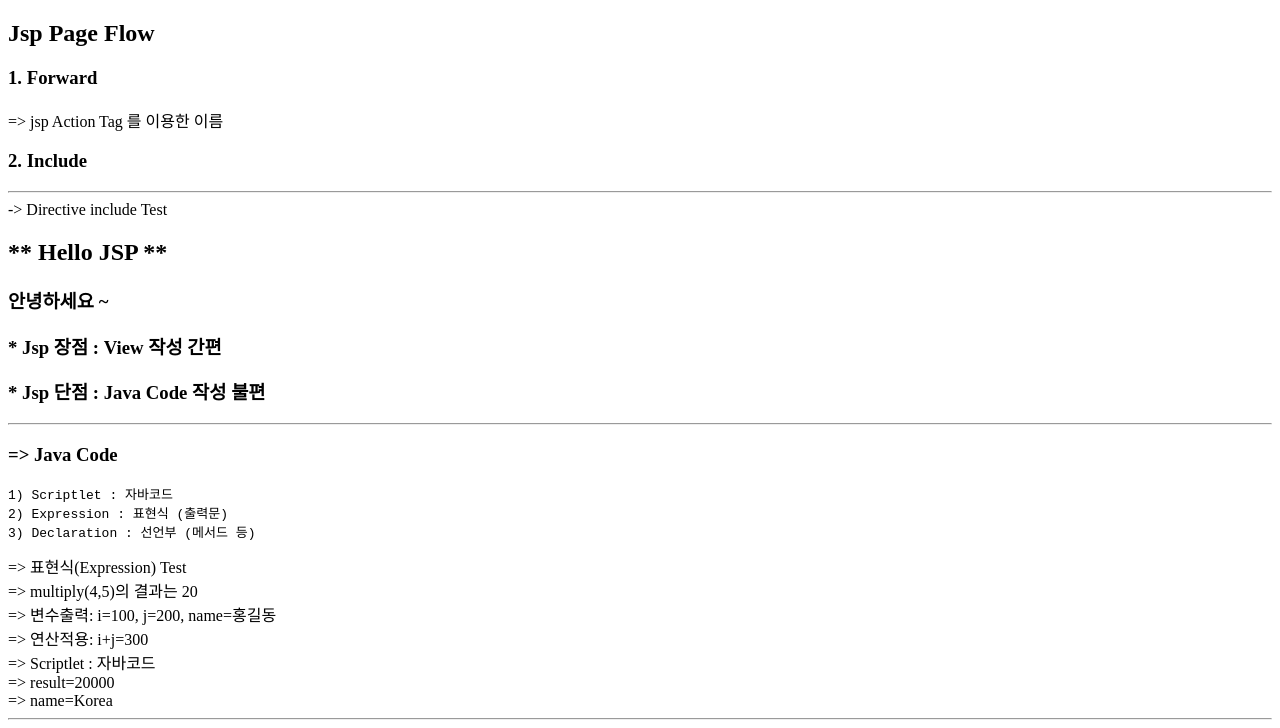
Repository: nameground/Java
Page: http://localhost/Web01/jsp01/ex04_PageFlow.jsp
The author's editor kept a copy of each file at every save. The page is drawn from the files as they stood at one save, then again after the next save.
The browser window is 1280 px wide. The pictures show the whole page.
The page is served by Tomcat 9. Nobody is signed in. The application's start-up code is not run. Other server files are loaded and not shown.

Above is the page before, as saved 2023-10-12 07:14:09.

### mTest/Mywork/Web01/src/main/webapp/jsp01/ex04_PageFlow.jsp
<%@ page language="java" contentType="text/html; charset=UTF-8"
    pageEncoding="UTF-8"%>
<!DOCTYPE html>
<html>
<head>
<meta charset="UTF-8">
<title>Jsp Page Flow</title>
</head>
<body>
<h2> Jsp Page Flow</h2>
<h3>1. Forward</h3>
=> jsp Action Tag 를 이용한 이름
<script type="text/javascript">
	alert("Hello 로 이동합니다.");
	// => Forward Test 시에는
	// => 스크립트는 브라우져에서 실행되기 때문에 실행 되지않음.
	// => 서버에서 forward 된 화면이 response 로 출력 되기 때문
</script>
<%-- <jsp:forward page="ex01_HelloJsp.jsp"/> --%>

<h3>2. Include</h3>
<hr>
<%-- <jsp:include page = "ex01_HelloJsp.jsp" /> --%>
-> Directive include Test <br>
<%@ include file = "ex01_HelloJsp.jsp" %>
<hr>

</body>
</html>

### mTest/Mywork/Web01/src/main/webapp/jsp01/ex01_HelloJsp.jsp
<%@ page language="java" contentType="text/html; charset=UTF-8"
    pageEncoding="UTF-8"%>
<!DOCTYPE html>
<html>
<head>
<meta charset="UTF-8">
<title>** Hello JSP **</title>
</head>
<body>
<h2>** Hello JSP **</h2>
<h3>안녕하세요 ~</h3>
<h3>* Jsp 장점 : View 작성 간편</h3>
<h3>* Jsp 단점 : Java Code 작성 불편</h3>
<hr>
<h3>=> Java Code</h3>
<pre>
1) Scriptlet : 자바코드
2) Expression : 표현식 (출력문)
3) Declaration : 선언부 (메서드 등)
</pre>
<%! //Declaration : 선언부
	public int multiply(int a, int b) {
		return a*b;
	}
	String name="홍길동";
	int i=100;
	int j=200;
%>
=> 표현식(Expression) Test<br>
=> multiply(4,5)의 결과는 <%=multiply(4,5)%><br>
=> 변수출력: i=<%=i%>, j=<%=j%>, name=<%=name%><br>
=> 연산적용: i+j=<%=i+j%><br>

=> Scriptlet : 자바코드<br>
<% 	int result=multiply(i,j);
	name="Korea";
%>
=> result=<%=result%><br>
=> name=<%=name%><br>

</body>
</html>

After the next save:
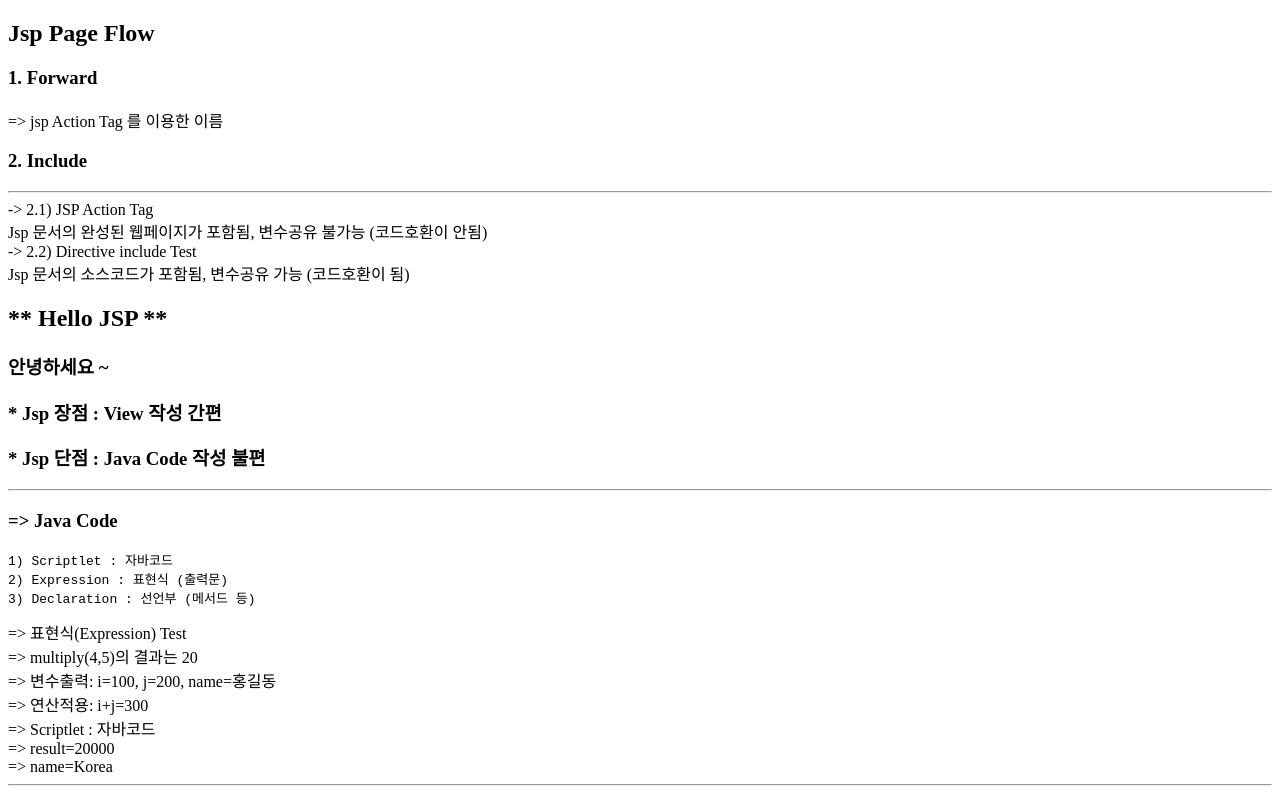
Saved 16 min 19 s later.
--- a/mTest/Mywork/Web01/src/main/webapp/jsp01/ex04_PageFlow.jsp
+++ b/mTest/Mywork/Web01/src/main/webapp/jsp01/ex04_PageFlow.jsp
@@ -16,12 +16,16 @@
 	// => 스크립트는 브라우져에서 실행되기 때문에 실행 되지않음.
 	// => 서버에서 forward 된 화면이 response 로 출력 되기 때문
 </script>
-<%-- <jsp:forward page="ex01_HelloJsp.jsp"/> --%>
+<%-- <jsp:forward page="ex01_HelloJsp.jsp" /> --%>
 
 <h3>2. Include</h3>
 <hr>
-<%-- <jsp:include page = "ex01_HelloJsp.jsp" /> --%>
--> Directive include Test <br>
+-> 2.1) JSP Action Tag <br>
+Jsp 문서의 완성된 웹페이지가 포함됨, 변수공유 불가능 (코드호환이 안됨) <br>
+<%-- <jsp:include page ="ex01_HelloJsp.jsp" /> --%>
+
+-> 2.2) Directive include Test <br>
+Jsp 문서의 소스코드가 포함됨, 변수공유 가능 (코드호환이 됨) <br>
 <%@ include file = "ex01_HelloJsp.jsp" %>
 <hr>
 
